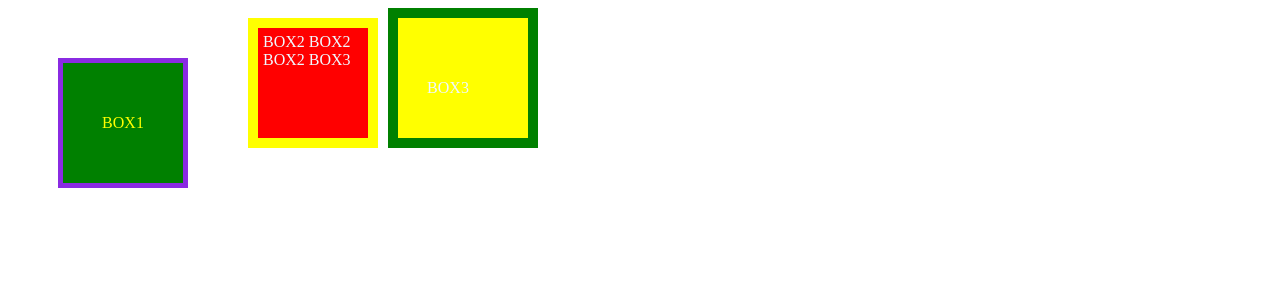
Repository: Ducspdn/WeTheBandF8
Page: html_learn_f8/css.html
An editor plug-in stored every save of this project. The page is shown before and after the next save, followed by the edit.
The browser window is 1280 px wide. The pictures show the whole page.

Above is the page before, as saved 2023-01-12 20:53:55.

After the next save:
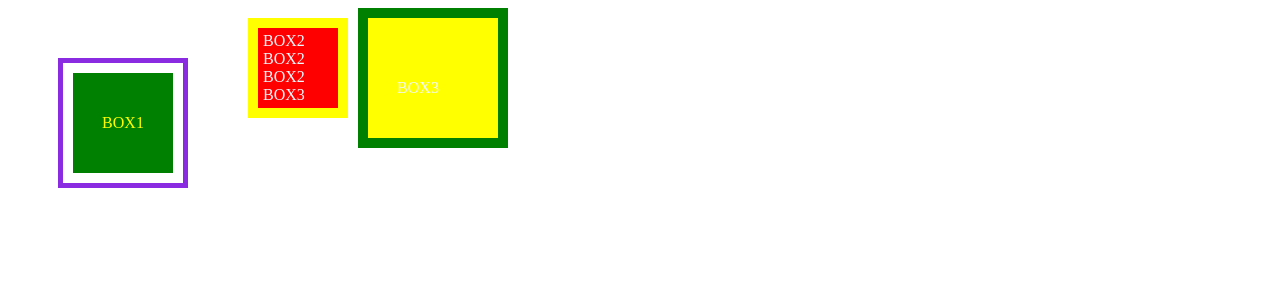
Saved 76 min 16 s later.
--- a/html_learn_f8/css.html
+++ b/html_learn_f8/css.html
@@ -18,6 +18,8 @@
                 border-style: solid;
                 margin: 50px;
                 float: left;
+                /* background clip : dùng để chỉ đỏ màu  */
+                background-clip:content-box ;
             }
             .box2{
                 background : red;
@@ -26,18 +28,18 @@
                 color: aliceblue;
                 display : flex ;
                 justify-content: center;
-                align-content: center;
+                align-items: center;
                 border : 10px ;
+                /* solid : nét lièn */
                 border-style: solid;
                 border-color: yellow;
                 padding : 5px ;
                 /* css margin : không làm tăng kich thước của element và nó dùng di chuyển element đến vị trí khác */
                 margin : 10px;
                 float: left;
-                /* box-sizing: border-box; */
+                box-sizing: border-box;
                 /* box-sizing : boder-box : công dụng dùng để trả về kich thước ban đầu mong muốn  sau khi bị thay đổi = padding + magrin + boder */
-                /* box-sizing: content-box; */
-
+                /* box-sizing: content-box;  trả về công dụng ban đầu */
             }
             .box3{
                 background: yellow;
